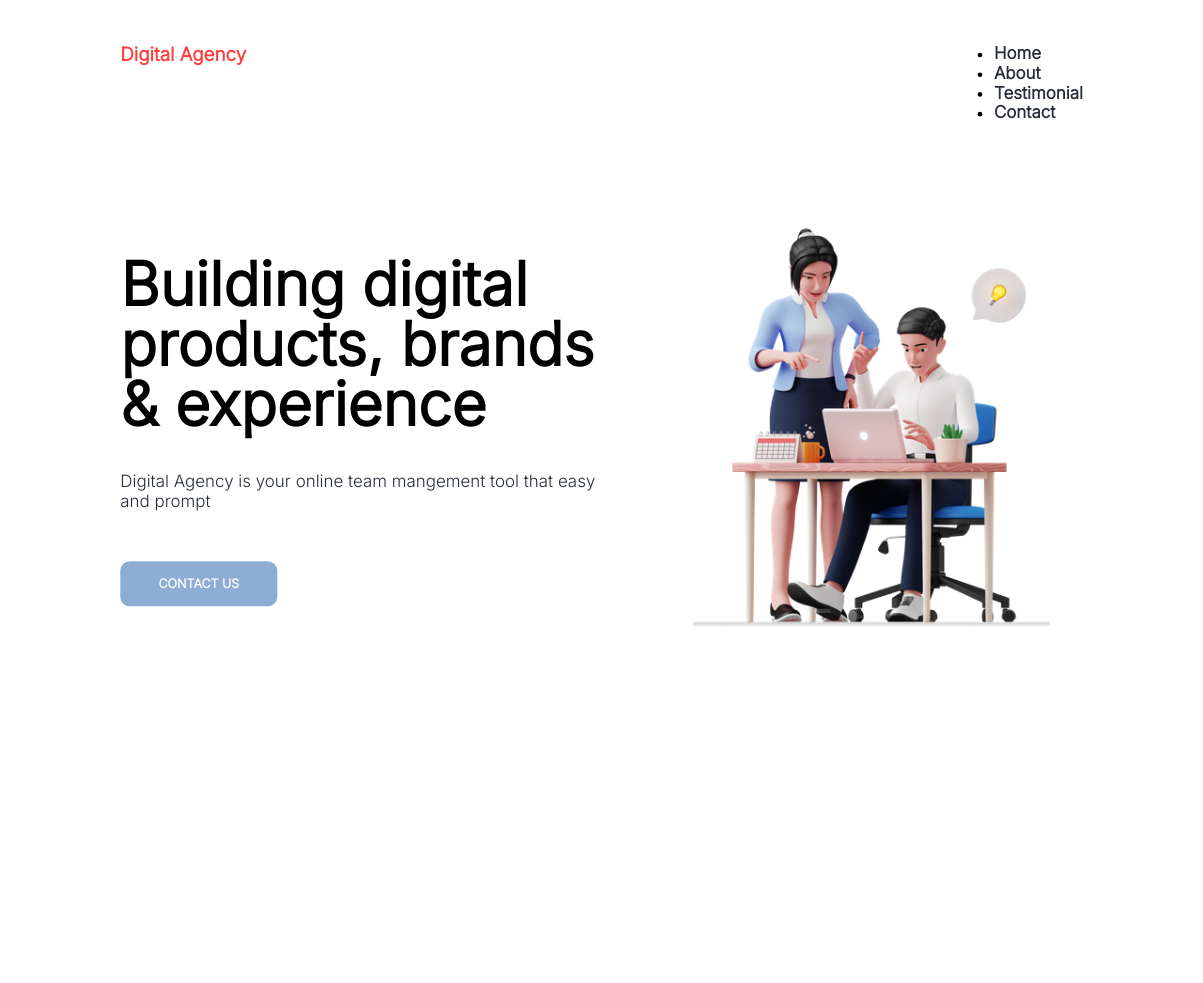
Repository: ThuatDev/fullstack_devc
Page: index.html
An editor plug-in stored every save of this project. The page is shown before and after the next save, followed by the edit.
The browser window is 1280 px wide. The pictures show the whole page, at 94% of full size.

Above is the page before, as saved 2022-11-09 17:15:48.

After the next save:
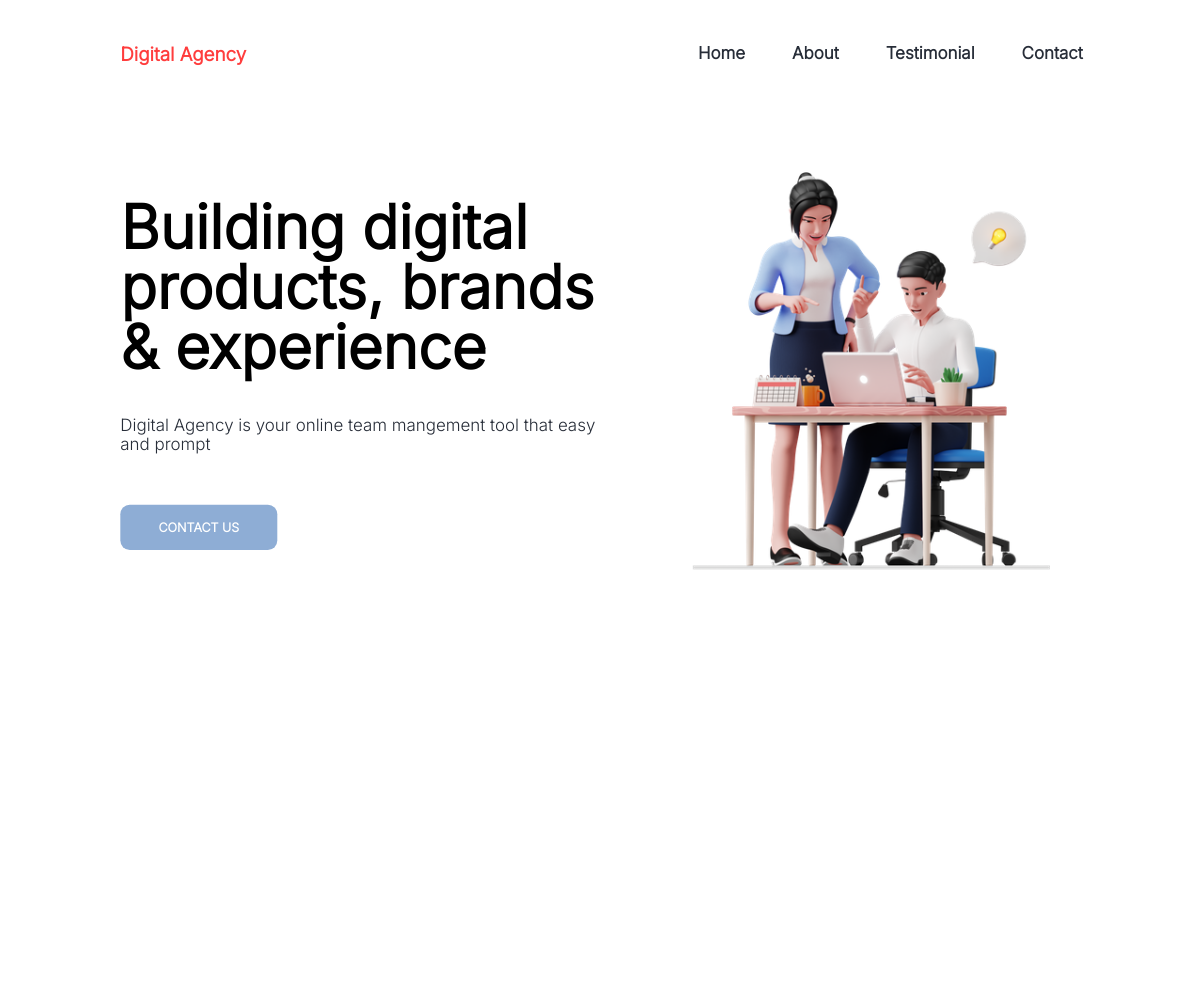
Saved 12 s later.
--- a/index.css
+++ b/index.css
@@ -24,10 +24,10 @@
   color: rgb(255, 61, 61);
   line-height: 24px;
 }
-.navbar > .navbar__right.navbar__right-list {
+.navbar > .navbar__right > .navbar__right-list {
   display: flex;
 }
-.navbar .navbar__right.navbar__right-list li {
+.navbar > .navbar__right > .navbar__right-list li {
   list-style: none;
   margin-left: 50px;
 }
